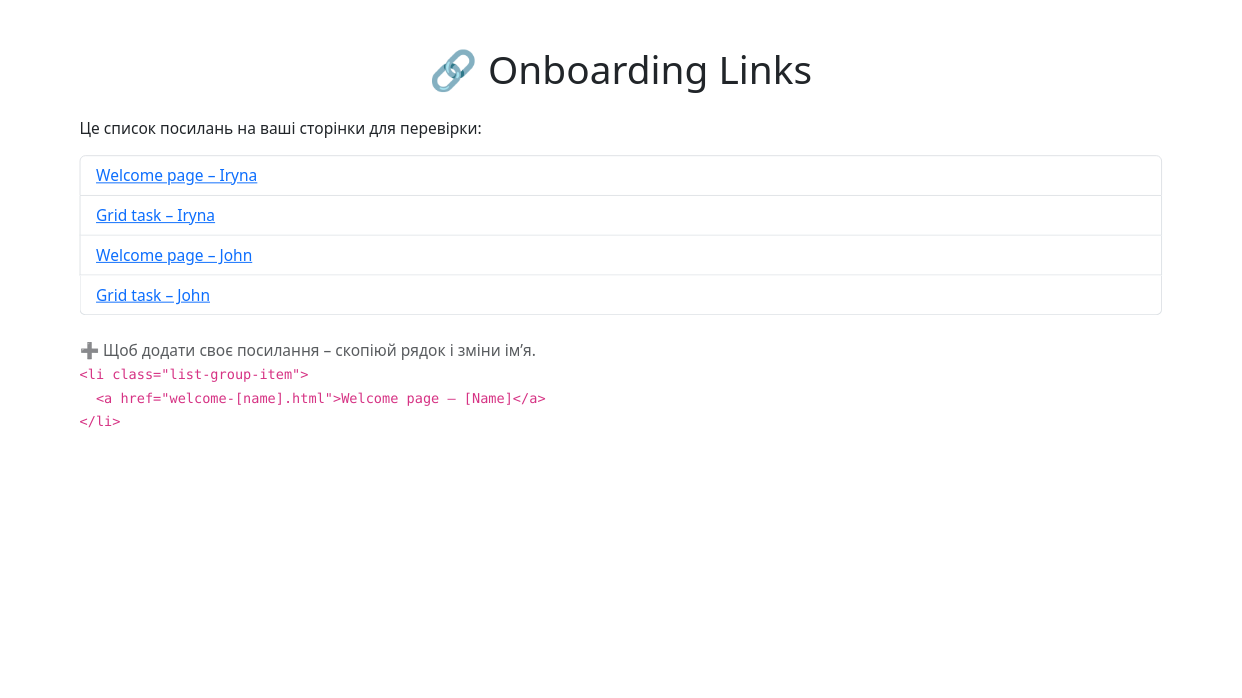
Repository: vs-developers/onboarding
Page: pages/index.html
These files come from the project's save history. The page is drawn as it stood at one moment and after the next save; the edit follows.
The browser window is 1280 px wide. The pictures show the whole page, at 97% of full size.

Above is the page before, as saved 2025-06-02 09:50:07.

### pages/index.html
<!DOCTYPE html>
<html lang="uk">
<head>
  <meta charset="UTF-8" />
  <meta name="viewport" content="width=device-width, initial-scale=1.0" />
  <title>Onboarding – Vroda Space</title>
  <link
    href="https://cdn.jsdelivr.net/npm/bootstrap@5.3.3/dist/css/bootstrap.min.css"
    rel="stylesheet"
  />
</head>
<body>
  <div class="container py-5">
    <h1 class="text-center mb-4">🔗 Onboarding Links</h1>
    <p class="mb-3">Це список посилань на ваші сторінки для перевірки:</p>

    <ul class="list-group">
      <li class="list-group-item">
        <a href="./welcome-iryna.html" target="_blank">Welcome page – Iryna</a>
      </li>
      <li class="list-group-item">
        <a href="grid-iryna.html" target="_blank">Grid task – Iryna</a>
      </li>

      <!-- 🧩 Додайте свої посилання нижче -->
      <li class="list-group-item">
        <a href="welcome-john.html" target="_blank">Welcome page – John</a>
      </li>
      <li class="list-group-item">
        <a href="grid-john.html" target="_blank">Grid task – John</a>
      </li>
    </ul>

    <p class="mt-4 text-muted">
      ➕ Щоб додати своє посилання – скопіюй рядок і зміни ім’я.<br />
      <code>
        &lt;li class="list-group-item"&gt;<br />
        &nbsp;&nbsp;&lt;a href="welcome-[name].html"&gt;Welcome page – [Name]&lt;/a&gt;<br />
        &lt;/li&gt;
      </code>
    </p>
  </div>
</body>
</html>

After the next save:
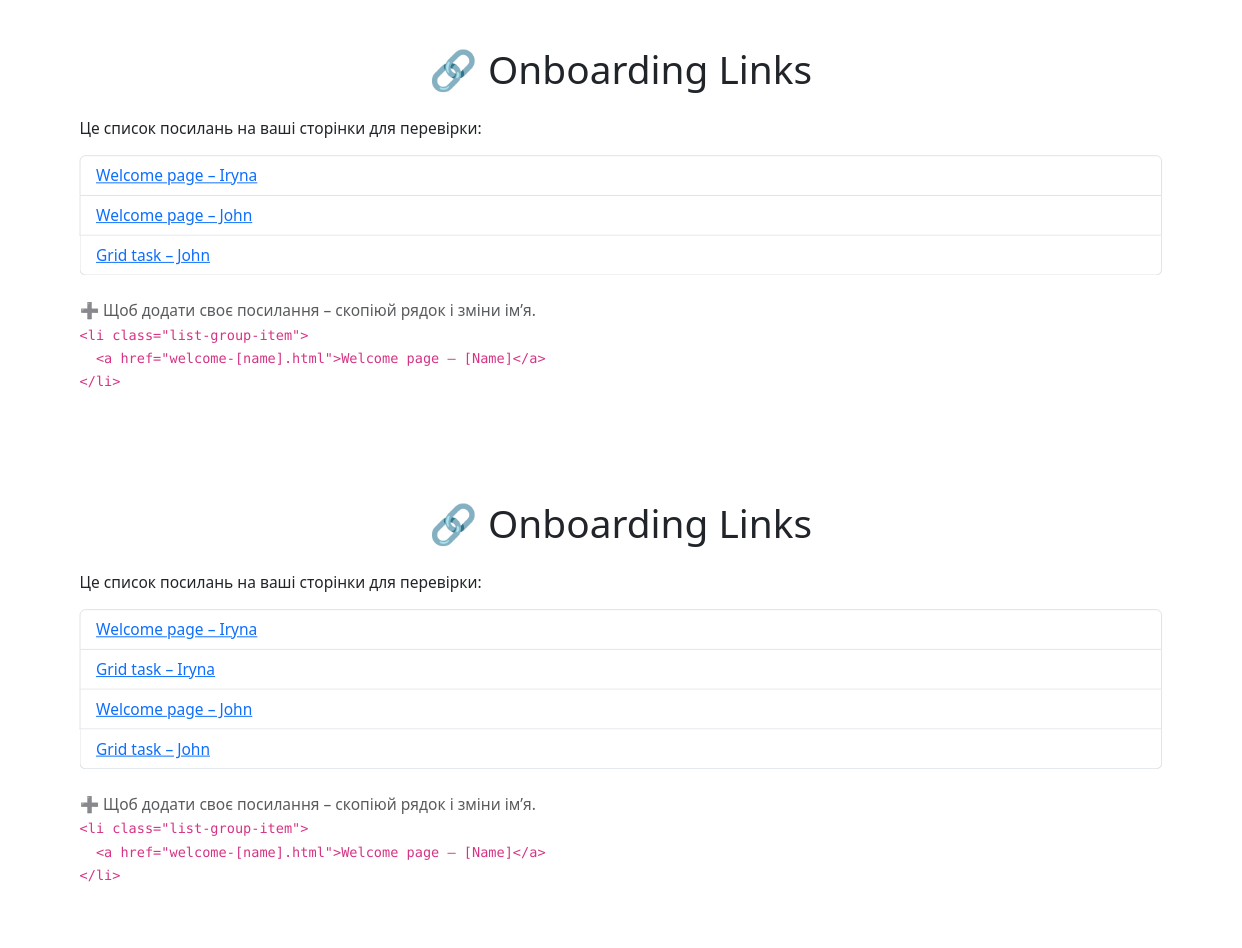
Saved 5 s later.
--- a/pages/index.html
+++ b/pages/index.html
@@ -1,3 +1,44 @@
+<!DOCTYPE html>
+<html lang="uk">
+<head>
+  <meta charset="UTF-8" />
+  <meta name="viewport" content="width=device-width, initial-scale=1.0" />
+  <title>Onboarding – Vroda Space</title>
+  <link
+    href="https://cdn.jsdelivr.net/npm/bootstrap@5.3.3/dist/css/bootstrap.min.css"
+    rel="stylesheet"
+  />
+</head>
+<body>
+  <div class="container py-5">
+    <h1 class="text-center mb-4">🔗 Onboarding Links</h1>
+    <p class="mb-3">Це список посилань на ваші сторінки для перевірки:</p>
+
+    <ul class="list-group">
+      <li class="list-group-item">
+        <a href="./welcome-iryna.html" target="_blank">Welcome page – Iryna</a>
+      </li>
+
+      <!-- 🧩 Додайте свої посилання нижче -->
+      <li class="list-group-item">
+        <a href="welcome-john.html" target="_blank">Welcome page – John</a>
+      </li>
+      <li class="list-group-item">
+        <a href="grid-john.html" target="_blank">Grid task – John</a>
+      </li>
+    </ul>
+
+    <p class="mt-4 text-muted">
+      ➕ Щоб додати своє посилання – скопіюй рядок і зміни ім’я.<br />
+      <code>
+        &lt;li class="list-group-item"&gt;<br />
+        &nbsp;&nbsp;&lt;a href="welcome-[name].html"&gt;Welcome page – [Name]&lt;/a&gt;<br />
+        &lt;/li&gt;
+      </code>
+    </p>
+  </div>
+</body>
+</html>
 <!DOCTYPE html>
 <html lang="uk">
 <head>
